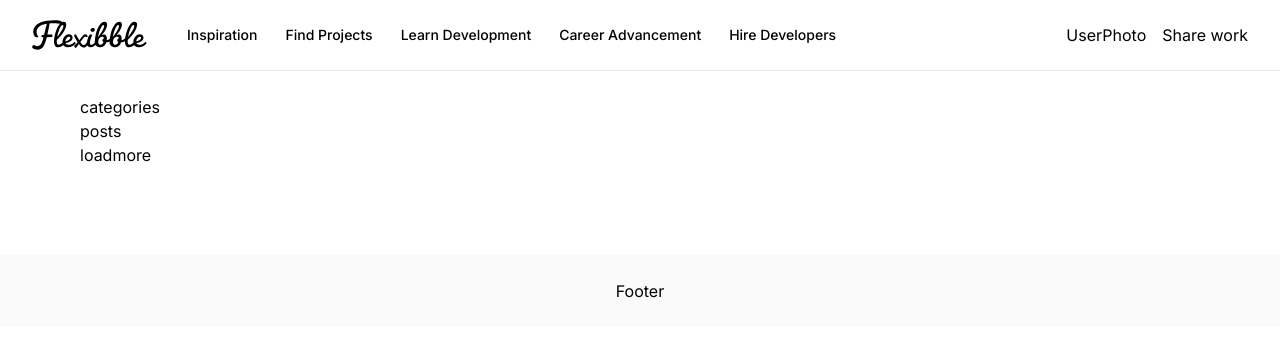
Repository: cicifuture/grafbase_proj
Page: /
An editor plug-in stored every save of this project. The page is shown before and after the next save, followed by the edit.
The browser window is 1280 px wide. The pictures show the whole page.
The project was rebuilt for these pictures with package versions that can differ from the ones it lists, and the page was loaded fresh each time. The framework's server and built-in components were replaced by stand-ins that run in the browser. Also part of the build but not shown: next.config.js, components/AuthProviders.tsx.

Above is the page before, as saved 2023-09-25 17:22:41.

After the next save:
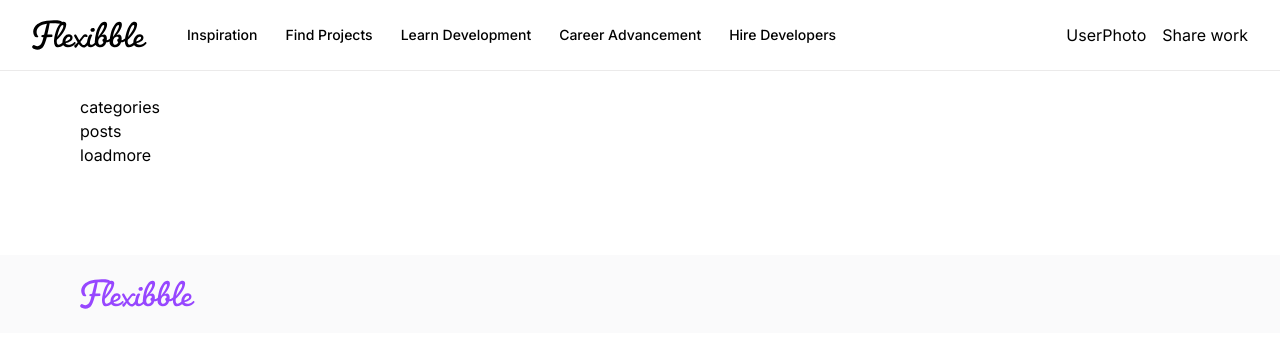
Saved 2 min 34 s later.
--- a/components/Footer.tsx
+++ b/components/Footer.tsx
@@ -1,8 +1,18 @@
 import React from 'react'
-
+import Image from 'next/image'
 const Footer = () => {
   return (
-    <footer className='flexStart footer'>Footer</footer>
+    <footer className='flexStart footer'>
+      <div className='flex flex-col gap-12 w-full'>
+        <div className='flex items-start flex-col'>
+          <Image src='/logo-purple.svg'
+          width={115}
+          height={38}
+          alt="Flexibble"/>
+        </div>
+      </div>
+    </footer>
+
 
   )
 }
